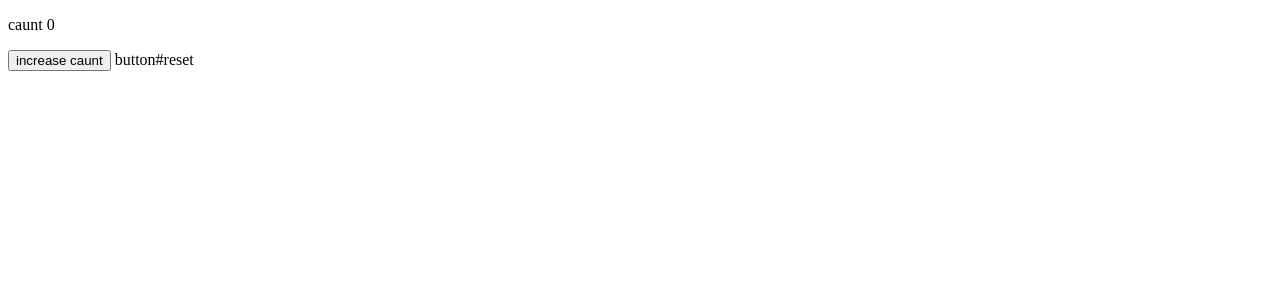
Repository: iliailia12/Individual-lessons
Page: Day 099/Homework/task4/task4.html
An editor plug-in stored every save of this project. The page is shown before and after the next save, followed by the edit.
The browser window is 1280 px wide. The pictures show the whole page.

Above is the page before, as saved 2026-06-19 01:50:03.

### Day 099/Homework/task4/task4.html
<!-- 4) შექმენი counter - ი, ვებ საიტზე უნდა გქონდეს პარაგრაფი "count: 0" და 2 ღილაკი, პირველზე დაკლიკებისას count - ი უნდა იზრდებოდეს 1 - ით, მეორეზე დაკლიკებისას count - ი უნდა ხდებოდეს 0. -->


<!DOCTYPE html>
<html lang="en">
<head>
    <meta charset="UTF-8">
    <meta name="viewport" content="width=device-width, initial-scale=1.0">
    <title>Document</title>
</head>
<body>
    <p id="caunt">caunt 0</p>
    <button id="increase">increase caunt</button>
    button#reset
</body>
</html>

After the next save:
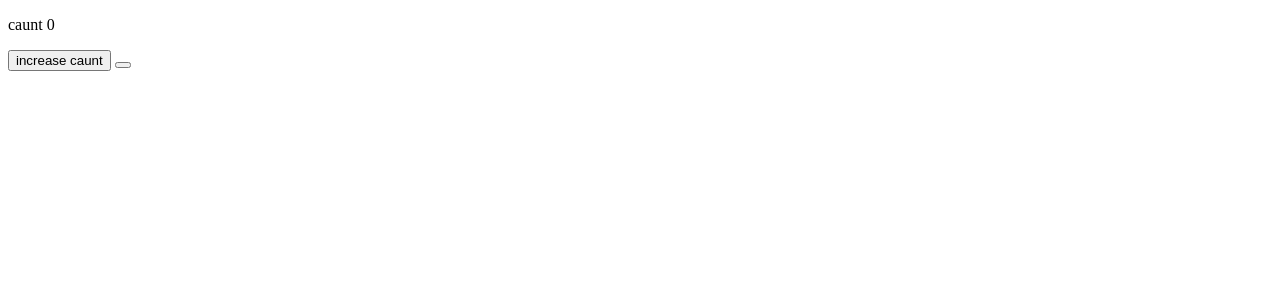
Saved 4 s later.
--- a/Day 099/Homework/task4/task4.html
+++ b/Day 099/Homework/task4/task4.html
@@ -11,6 +11,6 @@
 <body>
     <p id="caunt">caunt 0</p>
     <button id="increase">increase caunt</button>
-    button#reset
+    <button id="reset"></button>
 </body>
 </html>
